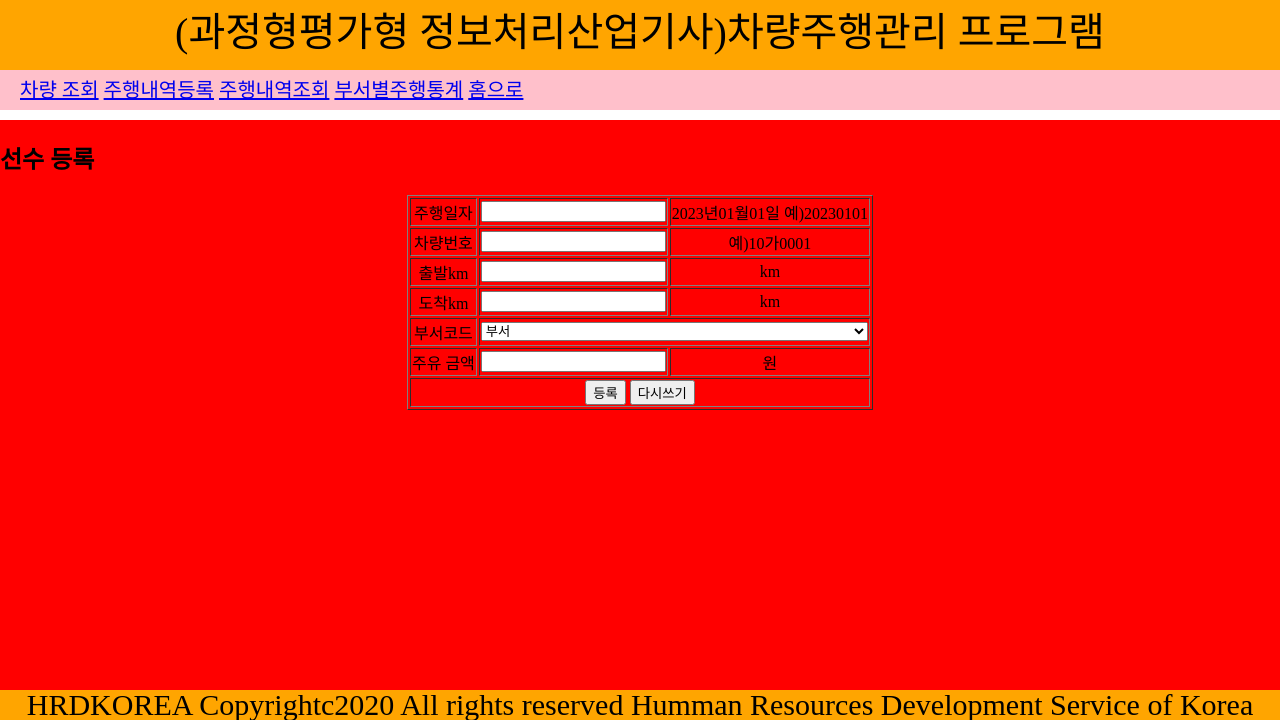
Repository: jeajune0221/information
Page: http://localhost/HRD_2411/join.jsp
These files come from the project's save history. The page is drawn as it stood at one moment and after a run of saves; the edit follows.
The browser window is 1280 px wide. The pictures show the whole page.
The page is served by Tomcat 9. Queries for data that is not in the repository find no rows.

Above is the page before, as saved 2026-04-13 10:15:32.

After the next 2 saves:
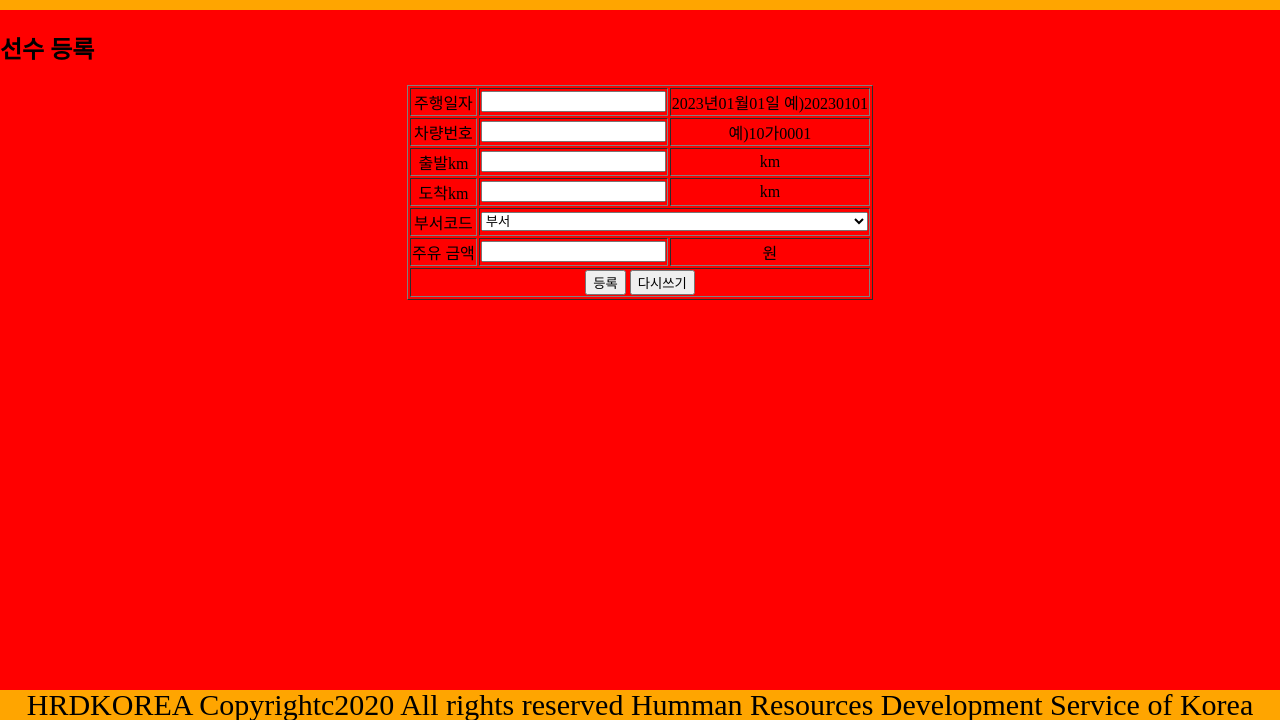
The 2 saves are shown as one change because they came seconds apart.
The last was saved 70 s later.
--- a/HRD_2411/src/main/webapp/style.css
+++ b/HRD_2411/src/main/webapp/style.css
@@ -24,7 +24,7 @@
 section{
 	display : fixed;
 	position : fixed;
-	top : 120px;
+	top : 10px;
 	left : 0px;
 	width : 100%;
 	height : 100%;
